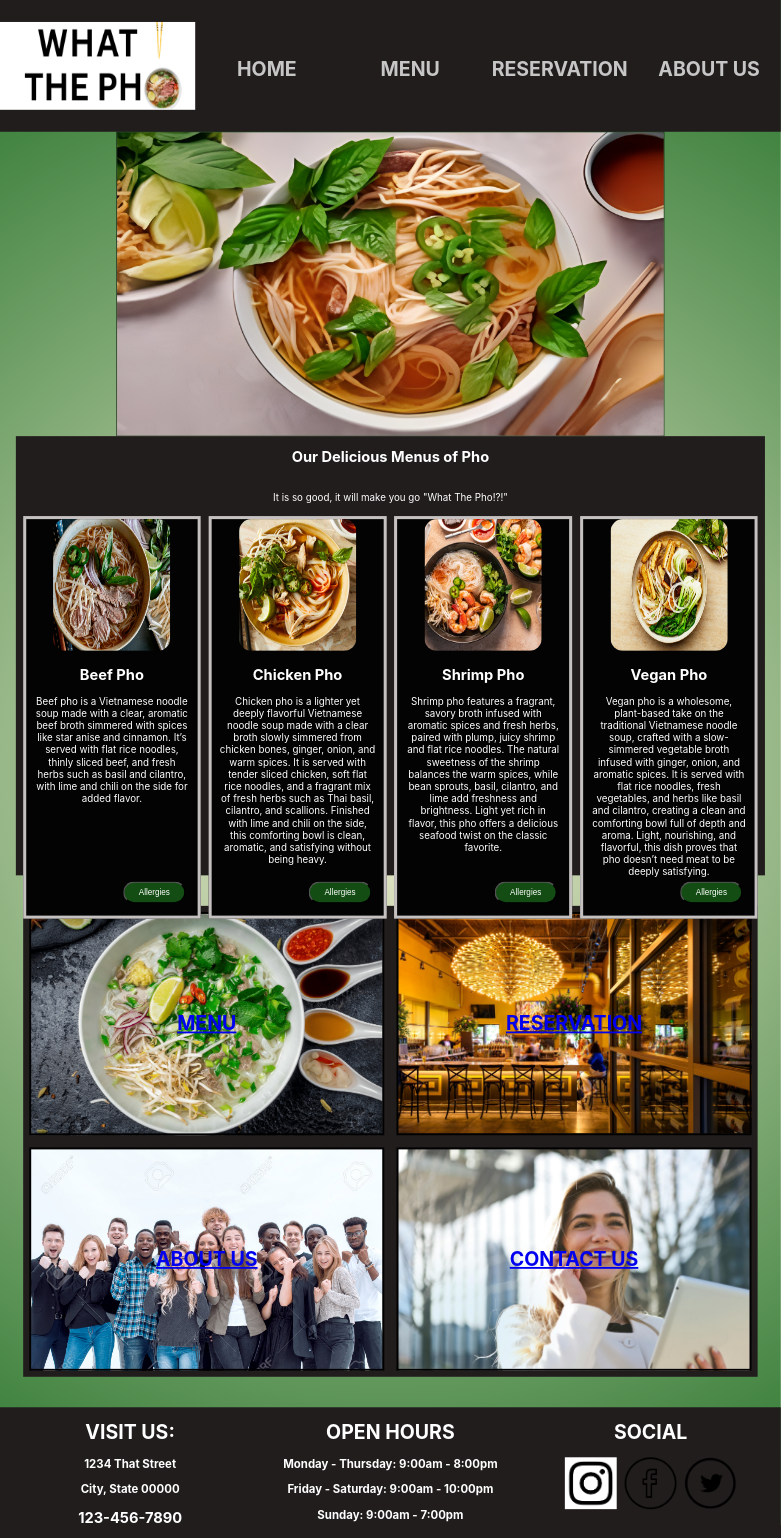
Repository: NguyenkhDang/Restaurant-Website
Page: /
These files come from the project's save history. The page is drawn as it stood at one moment and after the next save; the edit follows.
The browser window is 1280 px wide. The page is 1280 px wide, then 1284 px, so the pictures cover 1284 px, including what lies to the right of the window. The pictures show the whole page, at 61% of full size.
The project was rebuilt for these pictures with package versions that can differ from the ones it lists, and the page was loaded fresh each time. Also part of the build but not shown: src/Pages/MenuPage.js, src/CSS/ReservationForm.css, src/ReservationForm.js, src/Pages/ReservationPage.js, src/CSS/AboutUs.css, src/Pages/AboutUsPage.js, src/CSS/ContactUs.css, src/Pages/ContactUsPage.js.

Above is the page before, as saved 2026-01-18 22:03:33.

After the next save:
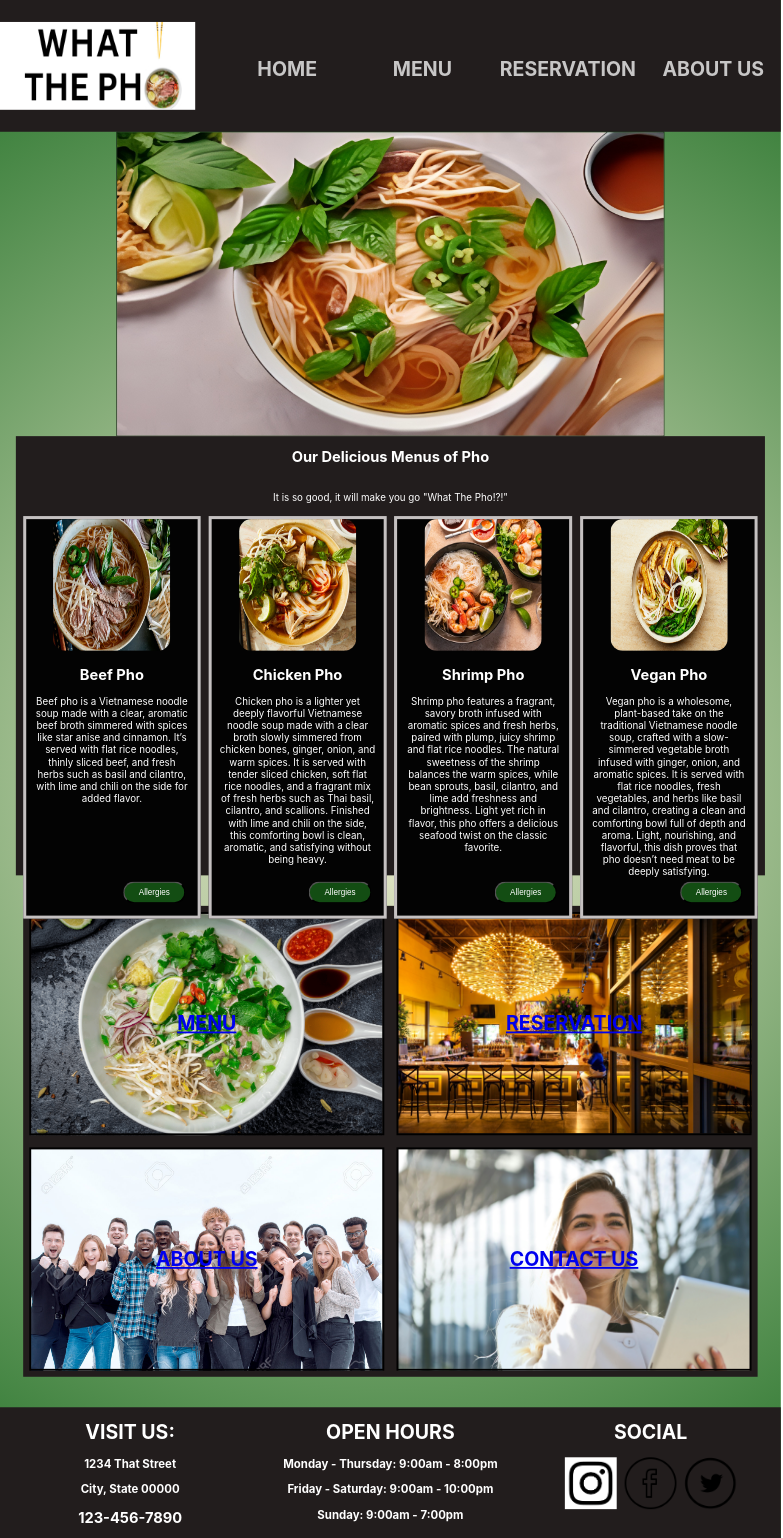
Saved 12 s later.
--- a/src/CSS/NavigationBar.css
+++ b/src/CSS/NavigationBar.css
@@ -24,7 +24,6 @@ ul{
   place-items: center;
   grid-template-columns: 1fr 1fr 1fr 1fr;
   margin-top: 6vh;
-  padding: 0vh 0vw;
 }
 ul li Link{
   padding: 0;
